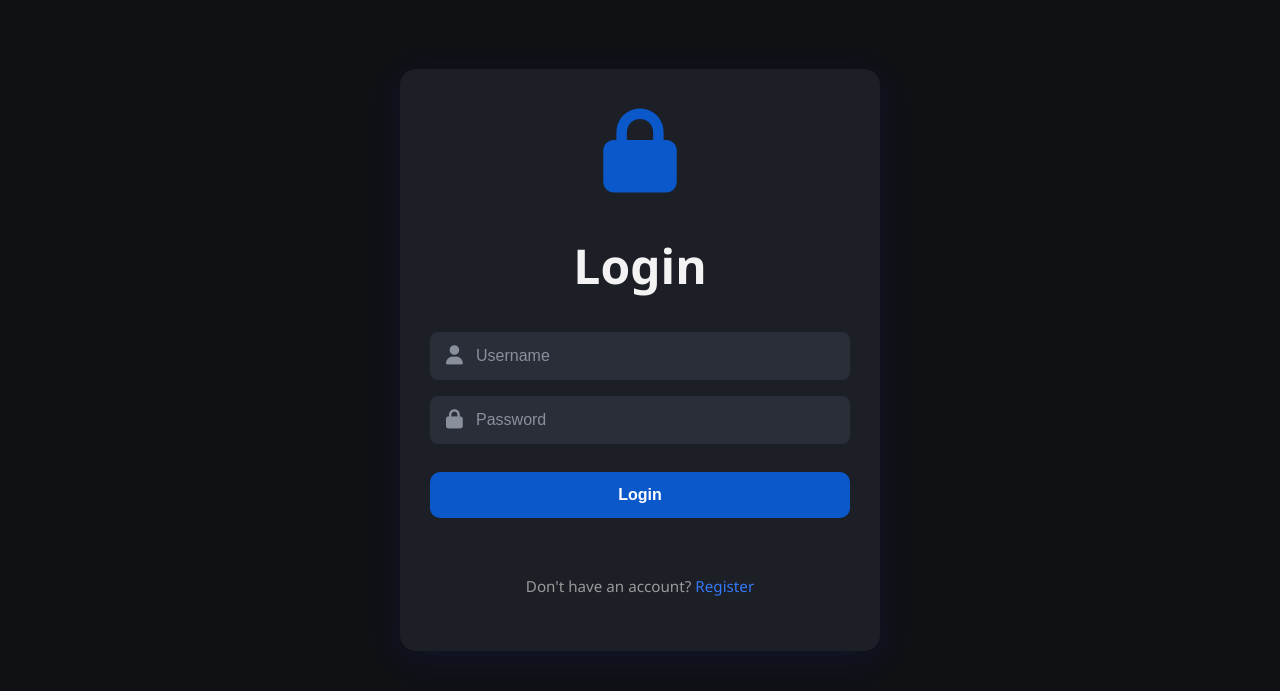
Repository: lowluds/auth-flask
Page: http://localhost/login
These files come from the project's save history. The page is drawn as it stood at one moment and after the next save; the edit follows.
The browser window is 1280 px wide. The pictures show the whole page.
The page is served by the project's application, run on Flask 3 (login.py).

Above is the page before, as saved 2025-07-10 23:28:53.

After the next save:
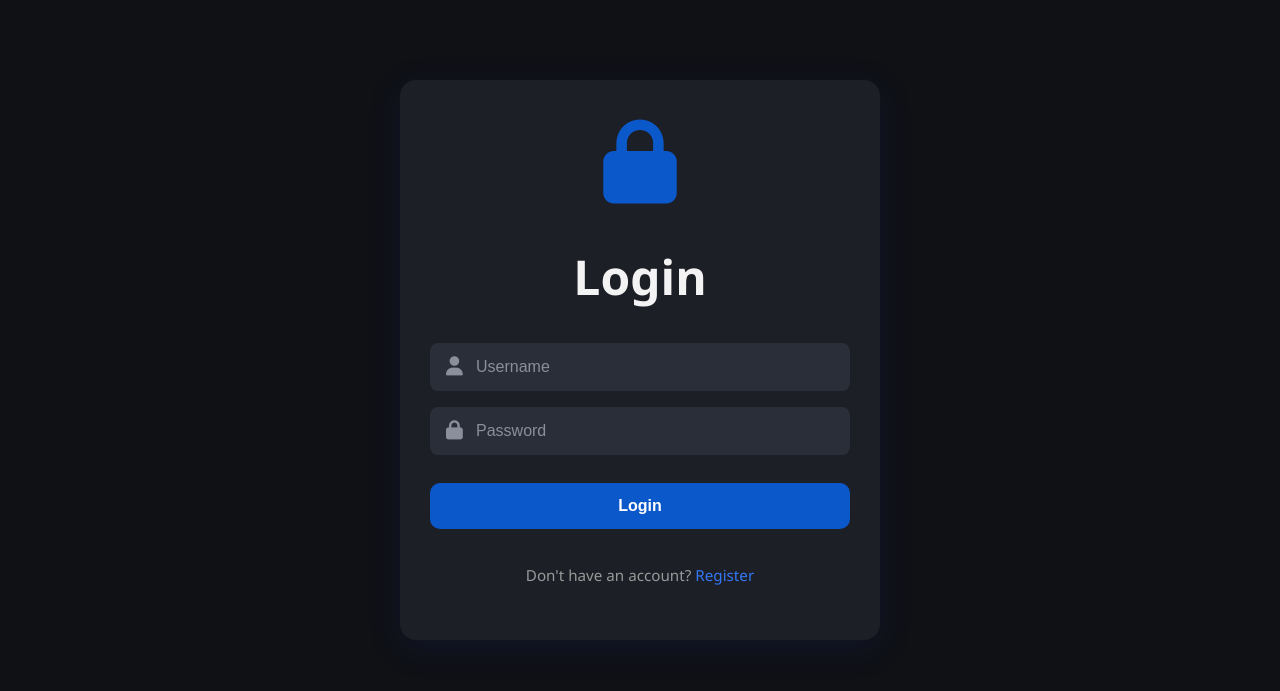
Saved 72 s later.
--- a/templates/login.html
+++ b/templates/login.html
@@ -35,7 +35,7 @@
               {% endif %}
             {% endwith %}
 
-            <button type="submit">Login</button><br>
+            <button type="submit">Login</button>
 
             {% if show_forgot %}
             <a href="{{ url_for('forgot_password') }}" class="forgot-link">Forgot password?</a>
